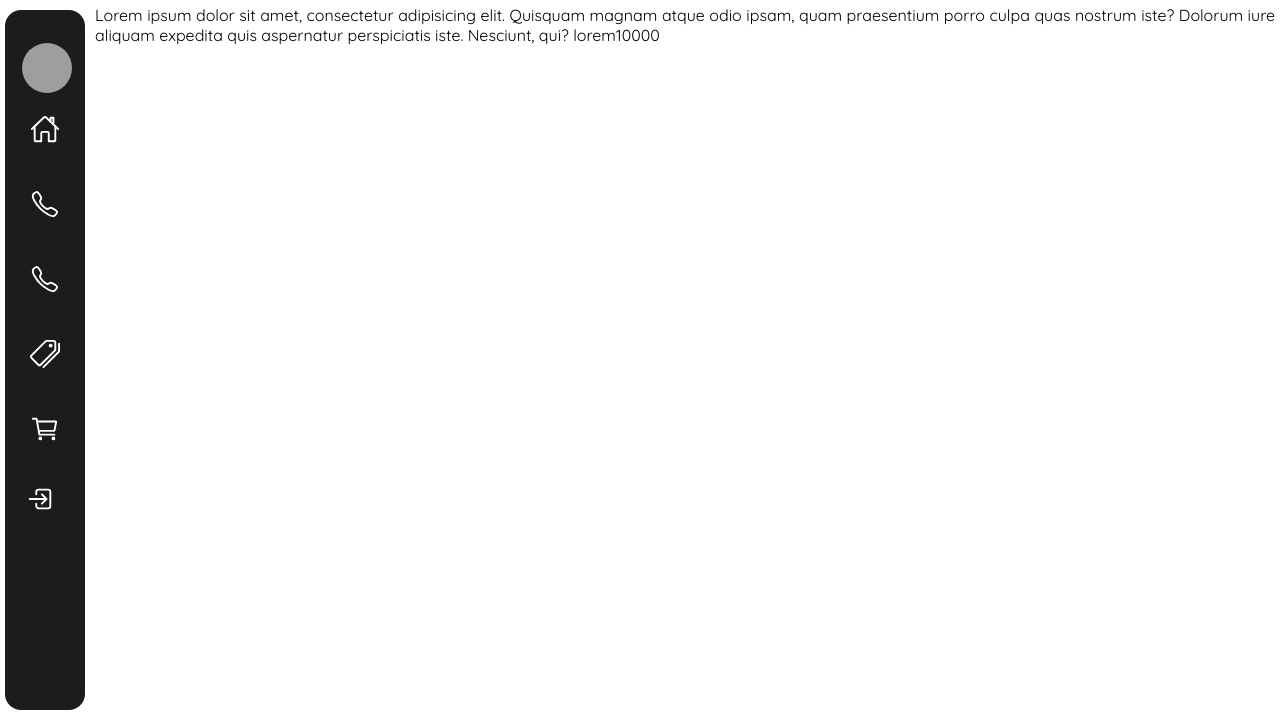
Repository: Fuocmanh/demo
Page: site/nav.html
These files come from the project's save history. The page is drawn as it stood at one moment and after a run of saves; the edit follows.
The browser window is 1280 px wide. The pictures show the whole page.
Pictures or frames that could not be fetched are drawn as grey boxes.

Above is the page before, as saved 2022-12-30 17:28:17.

After the next 5 saves:
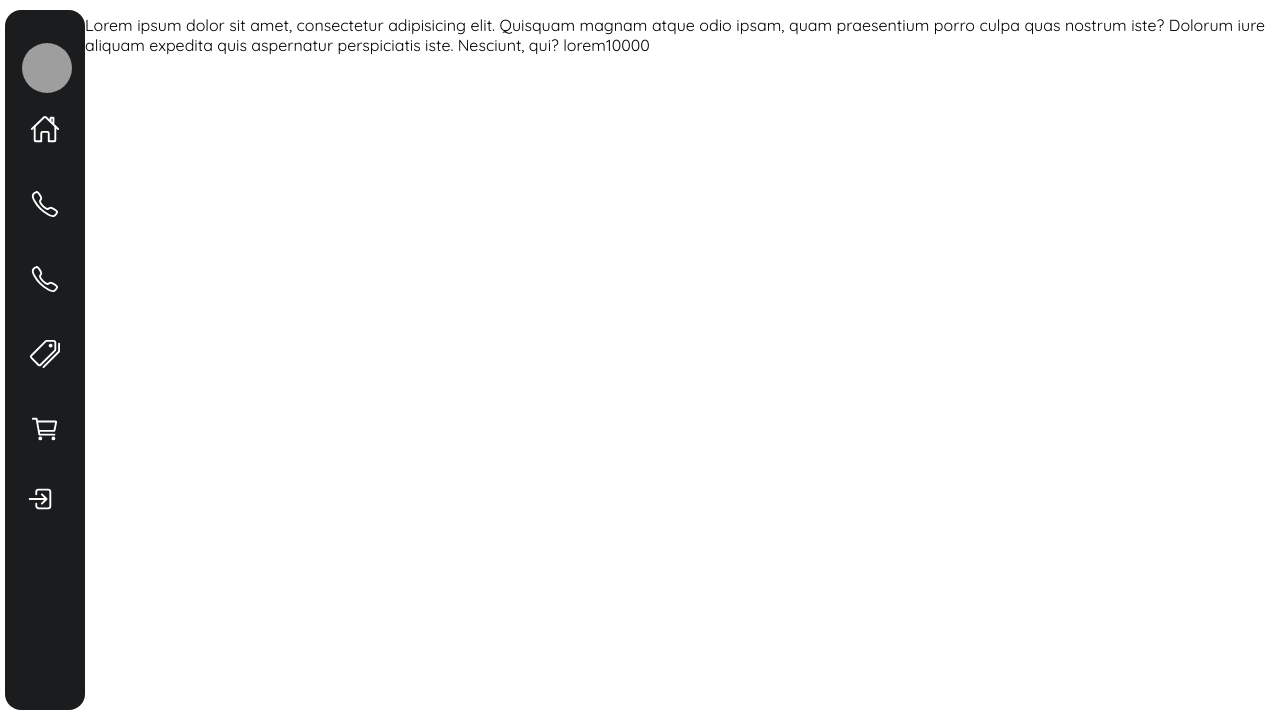
The 5 saves are shown as one change because they came seconds apart.
The last was saved 3 min 45 s later.
--- a/css/style.css
+++ b/css/style.css
@@ -14,7 +14,7 @@
 
 body {
     width: 100%;
-    display: flex;
+    display: position: sticky;;
     flex-direction: row;
 }
 

After the 5 saves that followed:
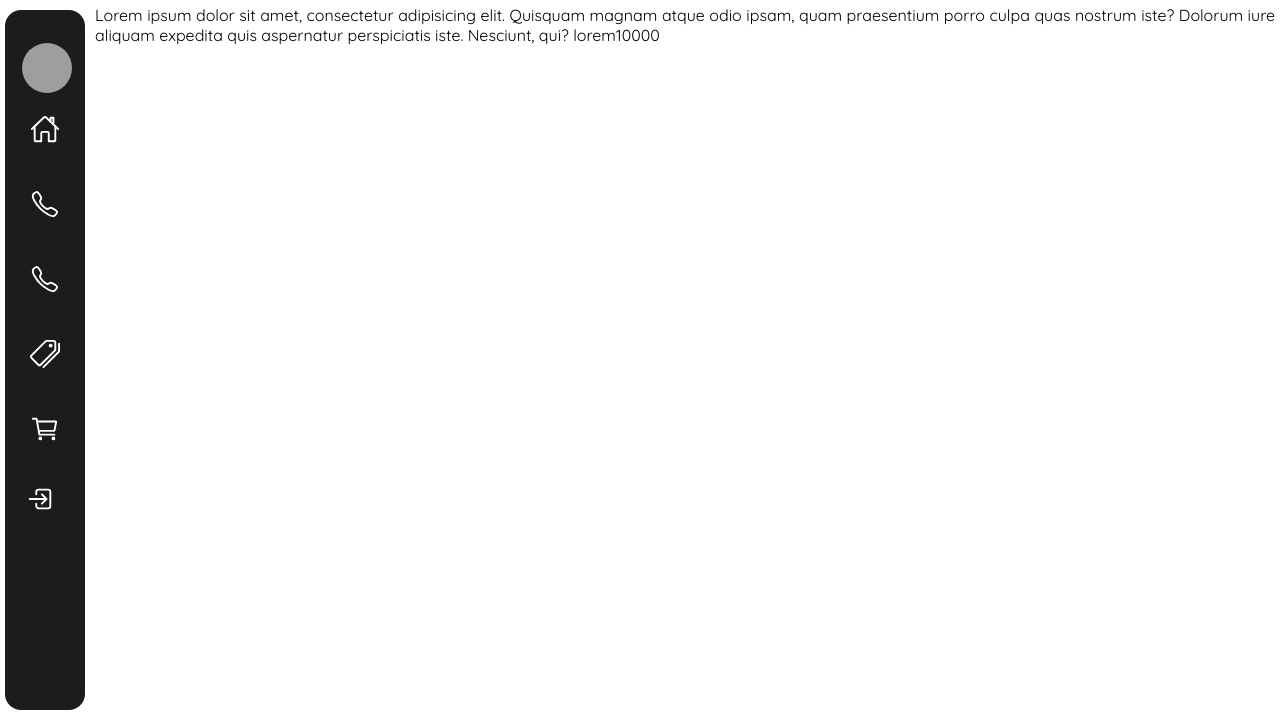
The 5 saves are shown as one change because they came seconds apart.
The last was saved 12 s later.
--- a/css/style.css
+++ b/css/style.css
@@ -13,8 +13,9 @@
 }
 
 body {
+    position: static;
     width: 100%;
-    display: position: sticky;;
+    display: flex;
     flex-direction: row;
 }
 
